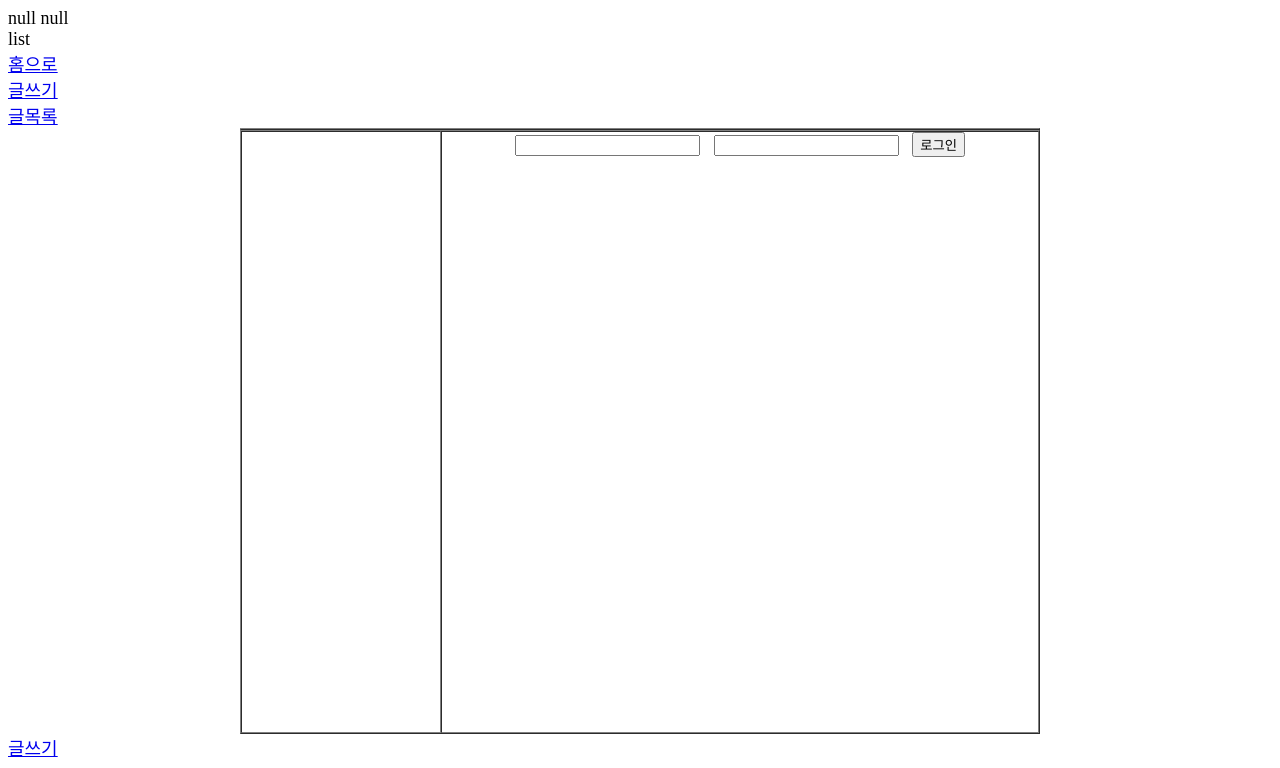
Repository: SniperDitto/save
Page: http://localhost/Boards0425/02_client/04_boards/list.jsp
The author's editor kept a copy of each file at every save. The page is drawn from the files as they stood at one save, then again after the next save.
The browser window is 1280 px wide. The pictures show the whole page.
The page is served by Tomcat 9.

Above is the page before, as saved 2022-05-11 08:14:30.
Console error: ReferenceError: getHMenuList is not defined

After the next save:
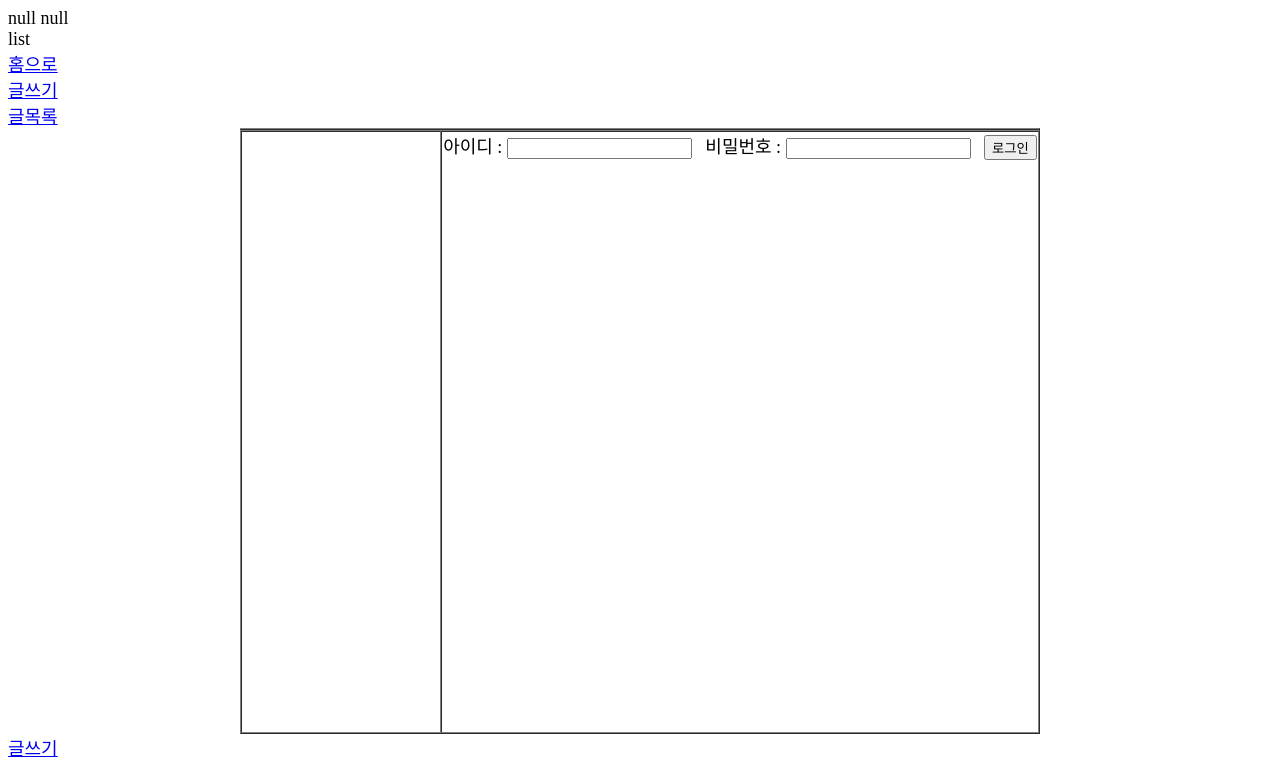
Saved 24 s later.
--- a/2022JAVA_YSH 1/JAVA/Web/Boards0425/WebContent/02_client/04_boards/list.jsp
+++ b/2022JAVA_YSH 1/JAVA/Web/Boards0425/WebContent/02_client/04_boards/list.jsp
@@ -63,8 +63,8 @@ var init = function(){
 		<td width="600px" height="600px" align="center" valign="top">
 			<!-- 로그인시작 -->
 			<div id="login">
-				<input type="text" name="userID" id="userID" onblur="checkID()"/>&nbsp;&nbsp;
-				<input type="password" name="userPass" id="userPass"/>&nbsp;&nbsp;
+				아이디 : <input type="text" name="userID" id="userID" onblur="checkID()"/>&nbsp;&nbsp;
+				비밀번호 : <input type="password" name="userPass" id="userPass"/>&nbsp;&nbsp;
 				<input type="button" value="로그인" onclick="userLogin()"/>
 			</div>
 			<!-- 로그인끝 -->
